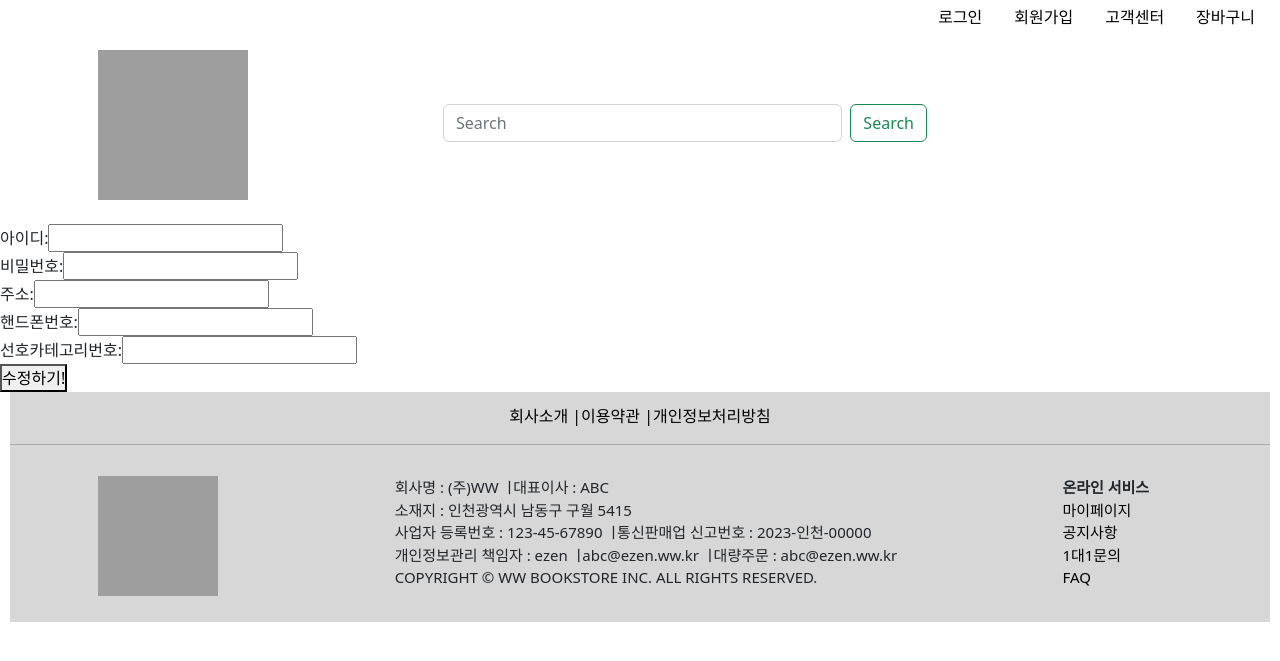
Repository: leehyeonung/project4
Page: http://localhost/book/WEB-INF/views/member/modify.jsp
These files come from the project's save history. The page is drawn as it stood at one moment and after the next save; the edit follows.
The browser window is 1280 px wide. The pictures show the whole page.
Pictures or frames that could not be fetched are drawn as grey boxes. The page is served by Tomcat 9. Nobody is signed in. The template is opened directly, without the code that normally fills it, so the values that code supplies are empty.

Above is the page before, as saved 2023-01-06 04:21:01.

After the next save:
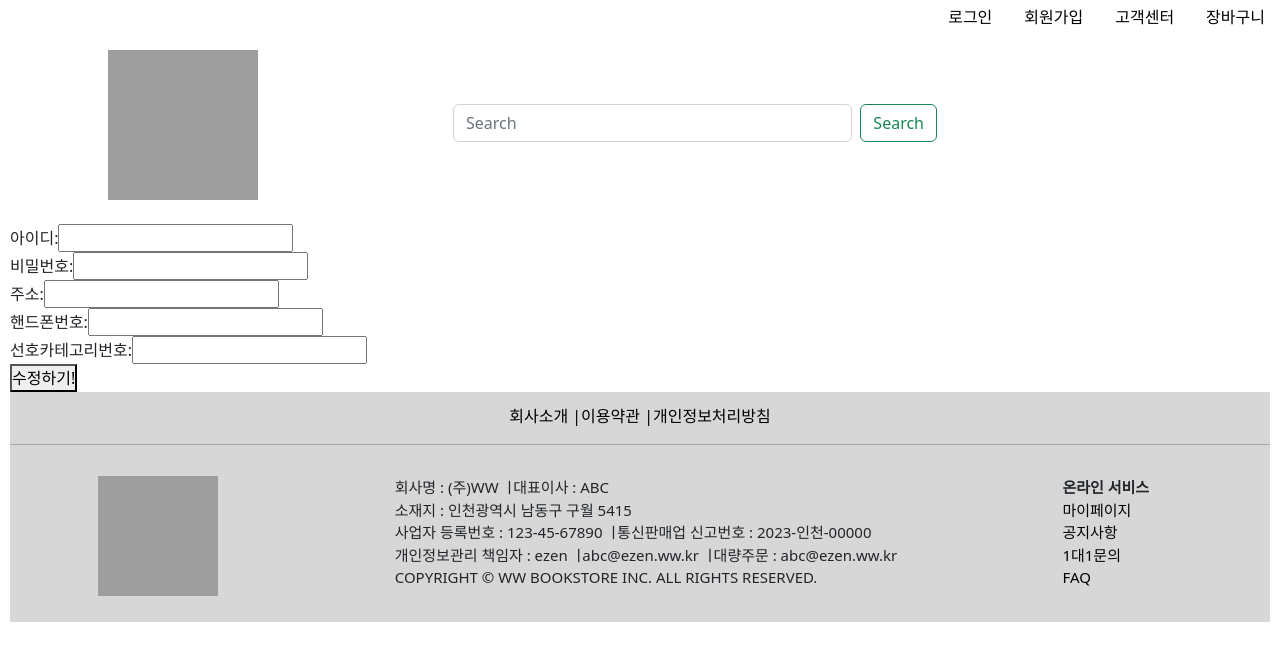
Saved 51 s later.
--- a/book/src/main/webapp/WEB-INF/views/member/modify.jsp
+++ b/book/src/main/webapp/WEB-INF/views/member/modify.jsp
@@ -8,7 +8,7 @@
 <link rel="stylesheet" type="text/css" href="/resources/css/main.css">
 </head>
 <body>
-<div clsss="main">
+<div class="main">
 <jsp:include page="../layout/header.jsp"></jsp:include>
 	<form action="/mem/modify" method="post">
 		<input type="text" name="mem_num" value="${ses.mem_num}" hidden ><br>
